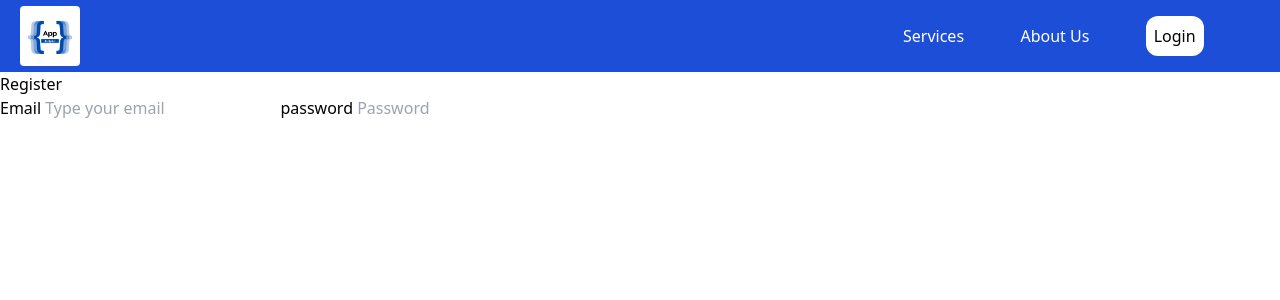
Repository: Cotizacionact/appscriptersvelte
Page: /Auth
These files come from the project's save history. The page is drawn as it stood at one moment and after the next save; the edit follows.
The browser window is 1280 px wide. The pictures show the whole page.
The page's requests for data from a server got no answer. The project was rebuilt for these pictures with package versions that can differ from the ones it lists, and the page was loaded fresh each time. The framework's server and built-in components were replaced by stand-ins that run in the browser. No one was signed in, and anything a server would have sent is missing. Also part of the build but not shown: svelte.config.js, vite.config.ts.

Above is the page before, as saved 2023-08-20 02:08:26.

After the next save:
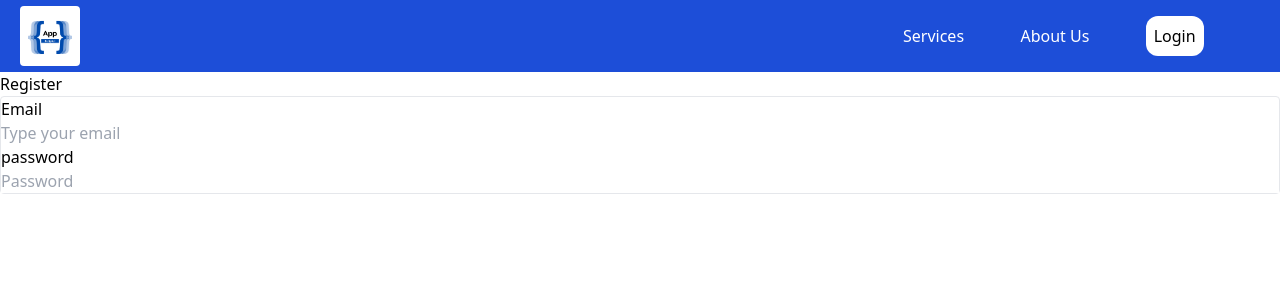
Saved 32 s later.
--- a/src/routes/Auth/register.svelte
+++ b/src/routes/Auth/register.svelte
@@ -4,7 +4,7 @@
 
 <main>
     <h1>Register</h1>
-    <form action="?/register" method="POST" class="auth-form">
+    <form action="?/register" method="POST" class="flex flex-col border rounded">
         <label for="email">Email</label>
         <input type="text" name="email" id="email" placeholder="Type your email"/>
         <label for="password">password</label>
